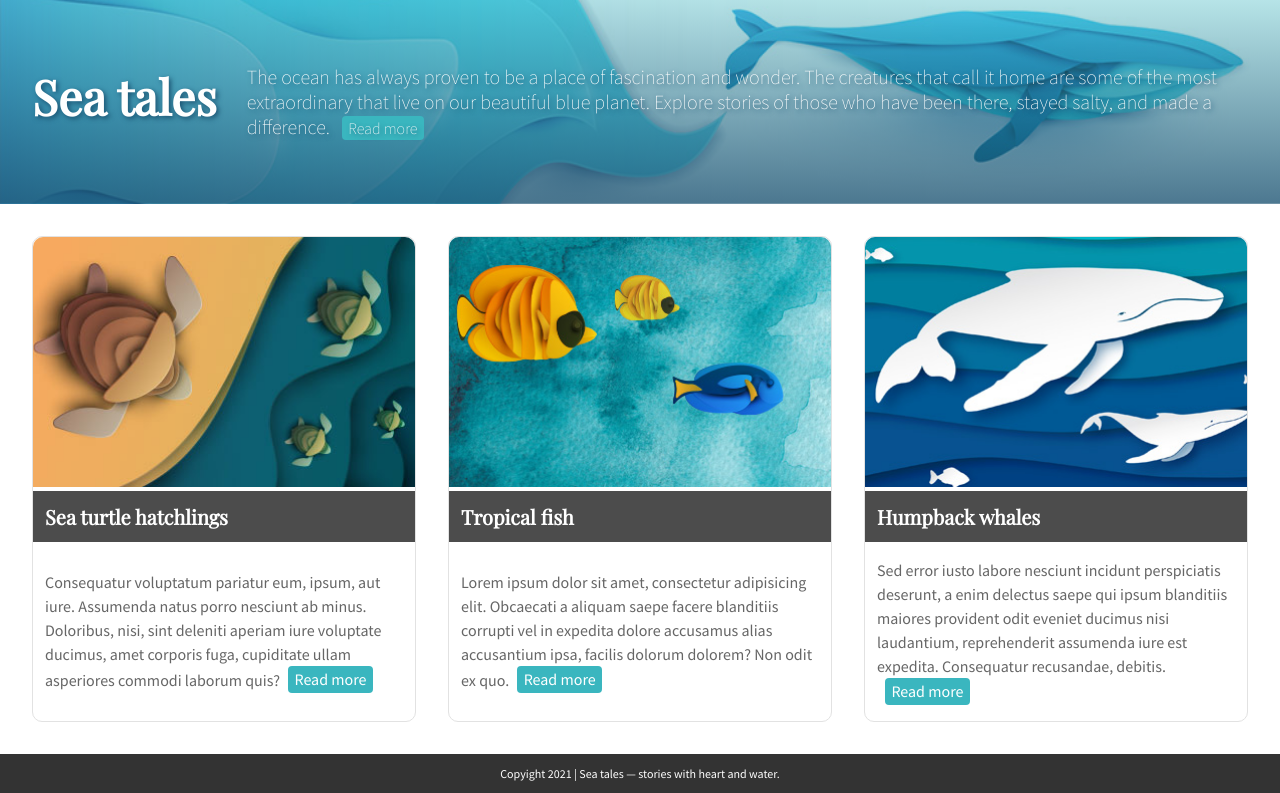
Repository: mariocapitbrok/css-combining-grid-and-flexbox-0305
Page: index.html
These files come from the project's save history. The page is drawn as it stood at one moment and after the next save; the edit follows.
The browser window is 1280 px wide. The pictures show the whole page.

Above is the page before, as saved 2022-10-08 06:33:50.

After the next save:
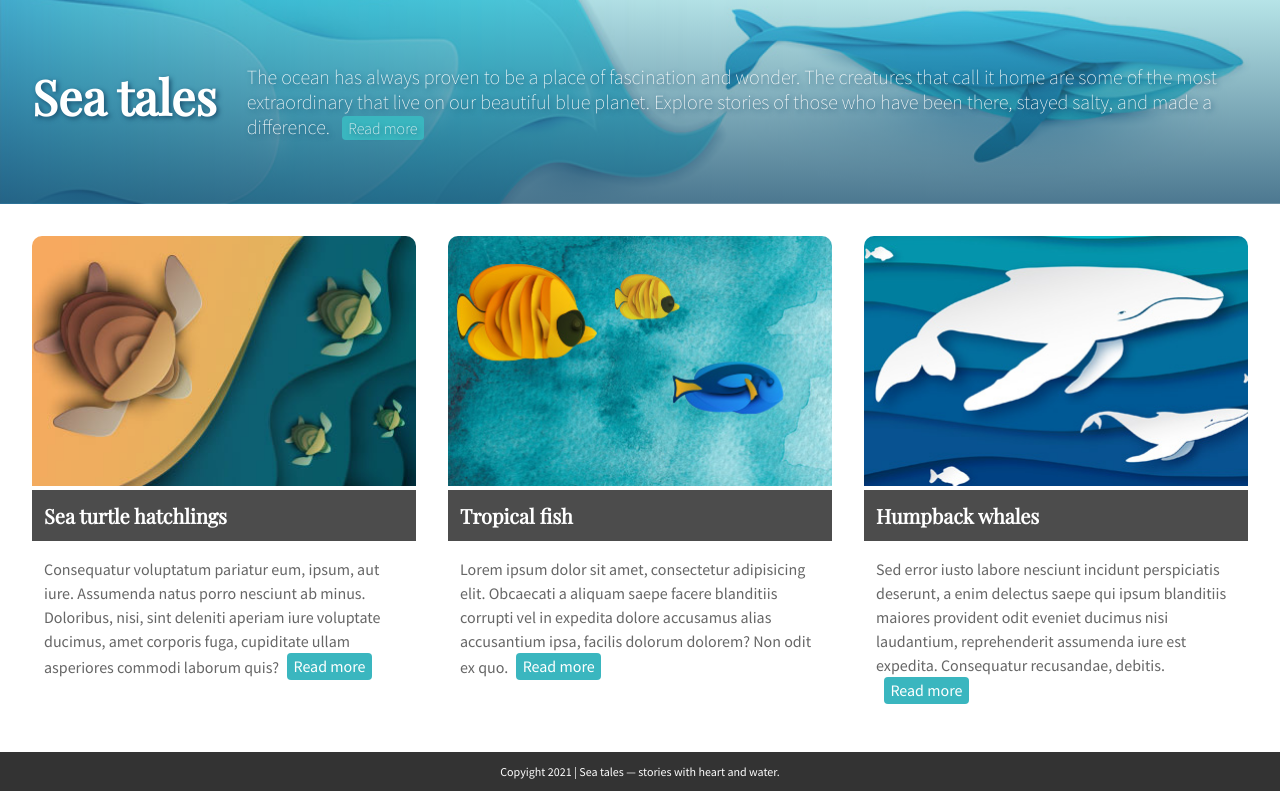
Saved 5 min 29 s later.
--- a/styles/base.css
+++ b/styles/base.css
@@ -62,7 +62,7 @@
     grid-gap: 2rem
 }
 
-.stories article {
+.article {
     border: 1px solid #e2e2e2;
     border-radius: 10px;
     display: grid;

After the save that followed:
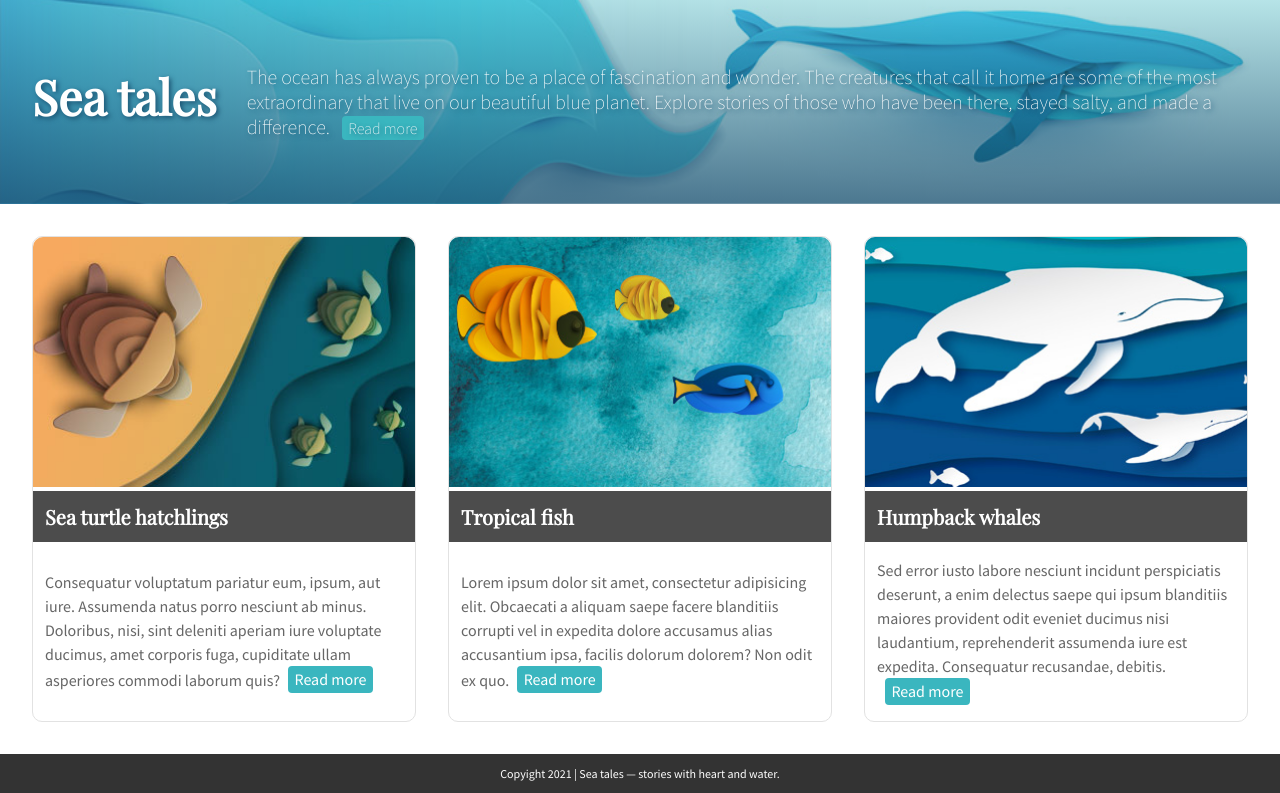
Saved 17 s later.
--- a/styles/base.css
+++ b/styles/base.css
@@ -62,7 +62,7 @@
     grid-gap: 2rem
 }
 
-.article {
+.stories article {
     border: 1px solid #e2e2e2;
     border-radius: 10px;
     display: grid;
